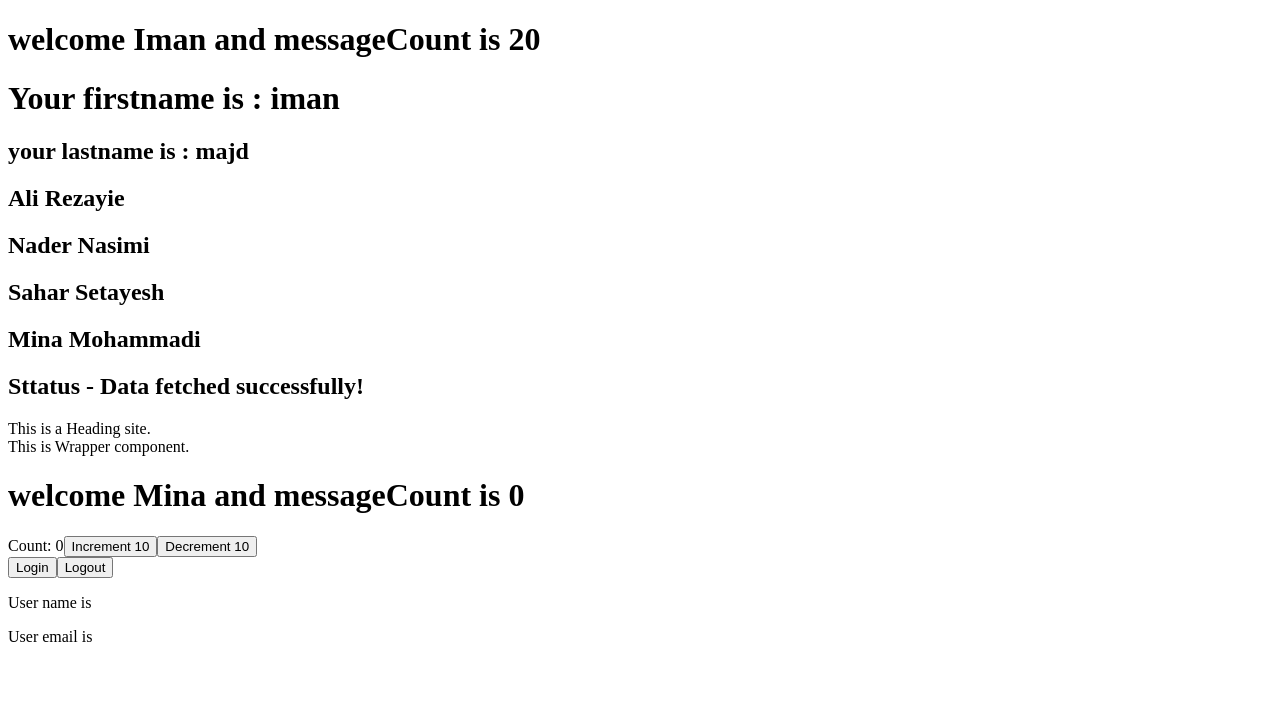
Repository: imangame2125/Typescript-learn-course
Page: /
These files come from the project's save history. The page is drawn as it stood at one moment and after the next save; the edit follows.
The browser window is 1280 px wide. The pictures show the whole page.
The project was rebuilt for these pictures with package versions that can differ from the ones it lists, and the page was loaded fresh each time.

Above is the page before, as saved 2023-09-30 18:42:26.

### src/App.tsx
import React from "react";
import { Greet } from "./components/pages/Greet";
import Person from "./components/pages/Person";
import PersonList from "./components/pages/PersonList";
import Status from "./components/pages/Status";
import Heading from "./components/pages/Heading";
import { Wrapper } from "./components/pages/Wrapper";
import User from "./components/pages/User";
import Container from "./components/pages/Counter";

function App() {
  const personName = {
    firstName: "iman",
    lastName: "majd",
  };

  const nameList = [
    {
      firstName:'Ali',
      lastName:'Rezayie'
    },


    {
      firstName:'Nader',
      lastName:'Nasimi'
    },


    {
      firstName:'Sahar',
      lastName:'Setayesh'
    },



    {
      firstName:'Mina',
      lastName:'Mohammadi'
    },
  ]
  return (
    <div className="App">
      <Greet name="Iman" messageCount={20} isLoggedIn={true} family={0} />
      <Person name={personName} />
      <PersonList names={nameList}/>
      <Status status="success"/>
      <Heading>
        This is a Heading site.
      </Heading>
      <Wrapper>
        <Heading>This is Wrapper component.</Heading>
      </Wrapper>
      <Greet name='Mina' isLoggedIn={true} family={0}/>
      <Container/>
      <User/>
    </div>
  );
}

export default App;

### src/components/pages/Greet.tsx
import React from "react";
import { GreetProps } from "../types/GreetProps";

//optional props

export const Greet = ({ name, messageCount = 0, isLoggedIn }: GreetProps) => {
  return (
    <div>
      {isLoggedIn ? (
        <h1>{`welcome ${name} and messageCount is ${messageCount}`}</h1>
      ) : (
        <h2>its bad...</h2>
      )}
    </div>
  );
};

### src/components/pages/Person.tsx
import React from "react";
import { PersonProps } from "../types/PersonProps";

const Person = ({ name: { firstName, lastName } }: PersonProps) => {
  return (
    <div>
      <h1>Your firstname is : {firstName}</h1>
      <h2>your lastname is : {lastName}</h2>
    </div>
  );
};

export default Person;

### src/components/pages/PersonList.tsx
import React from 'react'
import { Name } from '../types/PersonLIstProps'

type PersonsListProps = {
  names:Name[]
}

const PersonList = ({names}:PersonsListProps) => {
  return (
    <div>
        {names.map((name)=>{
            return(
                <h2 key={name.firstName}>{name.firstName} {name.lastName}</h2>
            )
        })}
    </div>
  )
}

export default PersonList

### src/components/pages/Status.tsx
import React from "react";
import { StatusProps } from "../types/StatusProps";
//a Union of string literals

const Status = ({ status }: StatusProps) => {
  let message;
  if (status === "loading") {
    message = "Loading...";
  } else if (status === "success") {
    message = "Data fetched successfully!";
  } else if (status === "error") {
    message = "Error fetching data";
  }
  return (
    <div>
        <h2>Sttatus - {message}</h2>
    </div>
  );
};

export default Status;

### src/components/pages/Heading.tsx
import React from "react";
import { HeadingProps } from "../types/HeadingProps";

//children props
const Heading = ({ children }: HeadingProps) => {
  return <div>{children}</div>;
};

export default Heading;

### src/components/pages/Wrapper.tsx
import React from "react";
import { WrapperProps } from "../types/WrapperProps";
//children props when type is React.ReactNode

export const Wrapper = ({ children }: WrapperProps) => {
  return <div>{children}</div>;
};

### src/components/pages/User.tsx
import React, { useState } from "react";
// import { UserProps } from "../types/UserProps";

type UserProps = {
  name: string;
  email: string;
};

const User = () => {
  const [user, setUser] = useState<UserProps>({} as UserProps);
  const handleLogin = () => {
    setUser({
      name: "iman",
      email: "imanclever51@gmail.com",
    });
  };

  const handleLogout = () => {
    setUser({
      name: "",
      email: "",
    });
  };
  return (
    <div>
      <button onClick={handleLogin}>Login</button>
      <button onClick={handleLogout}>Logout</button>
      <p>User name is {user.name} </p>
      <p>User email is {user.email}</p>
    </div>
  );
};

export default User;

### src/components/pages/Counter.tsx
import React, { useReducer } from "react";

function reducer(
  state: { count: number },
  action: { type: string; payload: number }
) {
  switch (action.type) {
    case "INCREMENT":
      return {
        count: state.count + action.payload,
      };
    case "resut":
      return {
        count: 10,
      };

    case "DECREMENT":
      return {
        count: state.count - action.payload,
      };
    default:
      return state;
  }
}

const Container = () => {
  const [state, dispatch] = useReducer(reducer, { count: 0 });

  const handleInc = () => {
    dispatch({
      type: "INCREMENT",
      payload: 10,
    });
  };

  // const handleReset = ()=>{
  //   dispatch({
  //     type:'resut',

  //   })
  // }

  const handleDic = () => {
    dispatch({
      type: "DECREMENT",
      payload: 10,
    });
  };
  return (
    <>
      Count: {state.count}
      {/* <button onClick={() => dispatch({ type: "INCREMENT", payload: 10 })}> */}
      <button onClick={handleInc}>Increment 10</button>
      {/* <button onClick={() => dispatch({ type: "DECREMENT", payload: 10 })}> */}
      <button onClick={handleDic}>Decrement 10</button>
      {/* <button onClick={handleReset}>Reset</button> */}
    </>
  );
};

export default Container;

### src/components/pages/UseResuerTypescript.tsx
import React, { useReducer } from 'react';

const reducer = (state: { count: number }, action: { type: string; payload?: number }) => {
  switch (action.type) {
    case 'INC':
      return { ...state, count: state.count + (action.payload || 0) };

      case 'DEC':
        return { ...state, count: state.count - (action.payload || 0) };
    default:
      return state;
  }
};

const UseReducerTypescript = () => {
  const [state, dispatch] = useReducer(reducer, { count: 0 });

  const handleInc = () => {
    dispatch({
      type: 'INC',
      payload: 10,
    });
  };

  const handleDec = () => {
    dispatch({
      type: 'DEC',
      payload: 10,
    });
  };

  return (
    <div>
      <p>Count: {state.count}</p>
      <button onClick={handleInc}>Inc</button>
      <button onClick={handleDec}>Dec</button>
    </div>
  );
};

export default UseReducerTypescript;

Loaded but not shown: public/index.html (common file); src/index.tsx (common file)

After the next save:
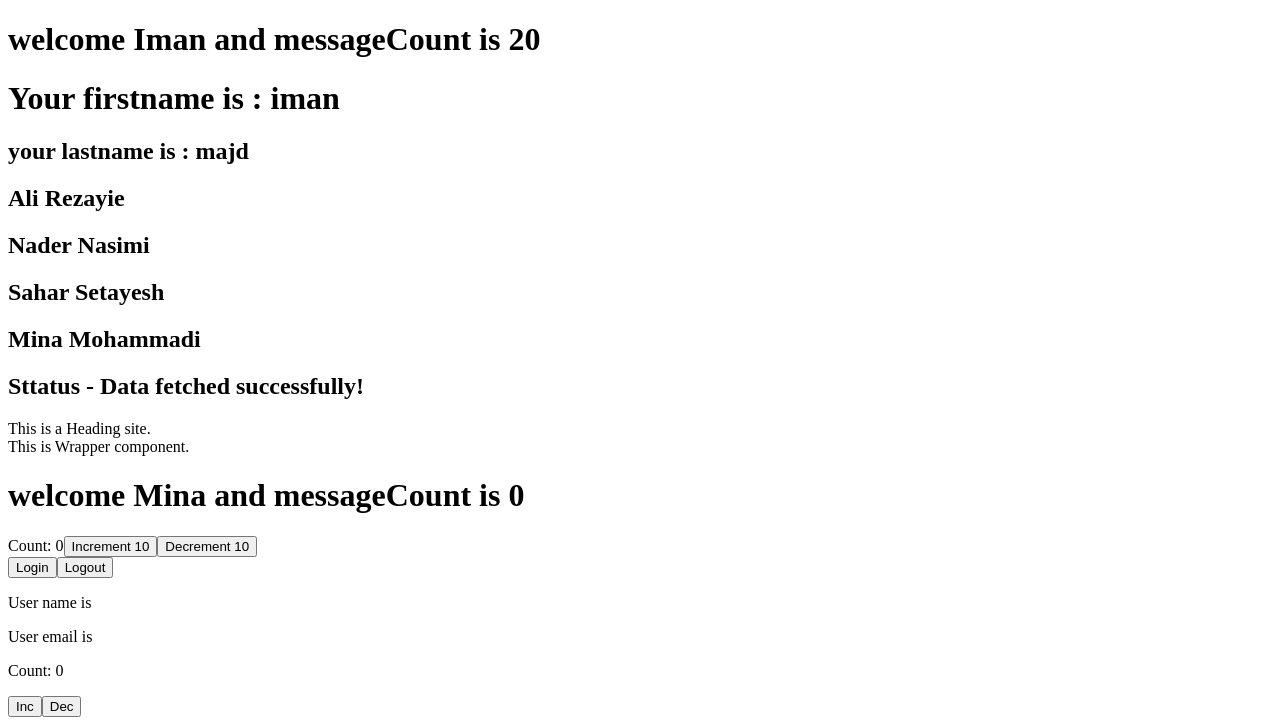
Saved 105 s later.
--- a/src/App.tsx
+++ b/src/App.tsx
@@ -7,6 +7,7 @@ import Heading from "./components/pages/Heading";
 import { Wrapper } from "./components/pages/Wrapper";
 import User from "./components/pages/User";
 import Container from "./components/pages/Counter";
+import UseReducerTypescript from "./components/pages/UseResuerTypescript";
 
 function App() {
   const personName = {
@@ -54,6 +55,7 @@ function App() {
       <Greet name='Mina' isLoggedIn={true} family={0}/>
       <Container/>
       <User/>
+      <UseReducerTypescript/>
     </div>
   );
 }
